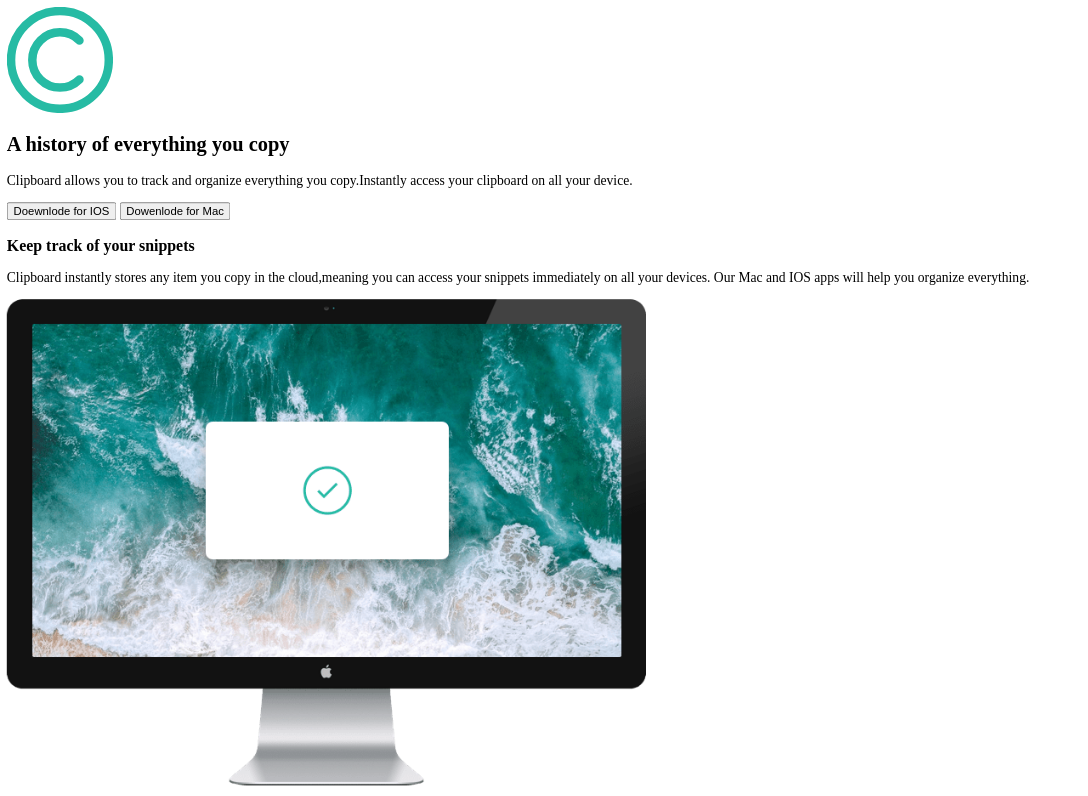
Repository: moataz305G/Clipboard-landing-page
Page: index.html
The author's editor kept a copy of each file at every save. The page is drawn from the files as they stood at one save, then again after the next save.
The browser window is 1280 px wide. The pictures show the whole page, at 85% of full size.

Above is the page before, as saved 2025-12-03 11:03:38.

### index.html
<!DOCTYPE html>
<html lang="en">
  <head>
    <meta charset="UTF-8" />
    <meta name="viewport" content="width=device-width, initial-scale=1.0" />

    <link
      rel="icon"
      type="image/png"
      sizes="32x32"
      href="./images/favicon-32x32.png"
    />
    <title>Clipboard landing page</title>
    <link rel="stylesheet" href="style.css" />
  </head>
  <body>
    <article class="container">
      <div class="page-1">
        <img class="logo" src="images/logo.svg" alt="Clipboard Logo" />
        <h2>A history of everything you copy</h2>
        <p>
          Clipboard allows you to track and organize everything you
          copy.Instantly access your clipboard on all your device.
        </p>
        <button class="IOS-button">Doewnlode for IOS</button>
        <button class="Mac-button">Dowenlode for Mac</button>

        <h3>Keep track of your snippets</h3>
        <p>
          Clipboard instantly stores any item you copy in the cloud,meaning you
          can access your snippets immediately on all your devices. Our Mac and
          IOS apps will help you organize everything.
        </p>

        <img
          class="image-computer"
          src="images/image-computer.png"
          alt="Fuatures "
        />
      </div>
    </article>

    <footer></footer>
  </body>
</html>

Loaded but not shown: style.css (no stored copy; drawn as an empty file)

After the next save:
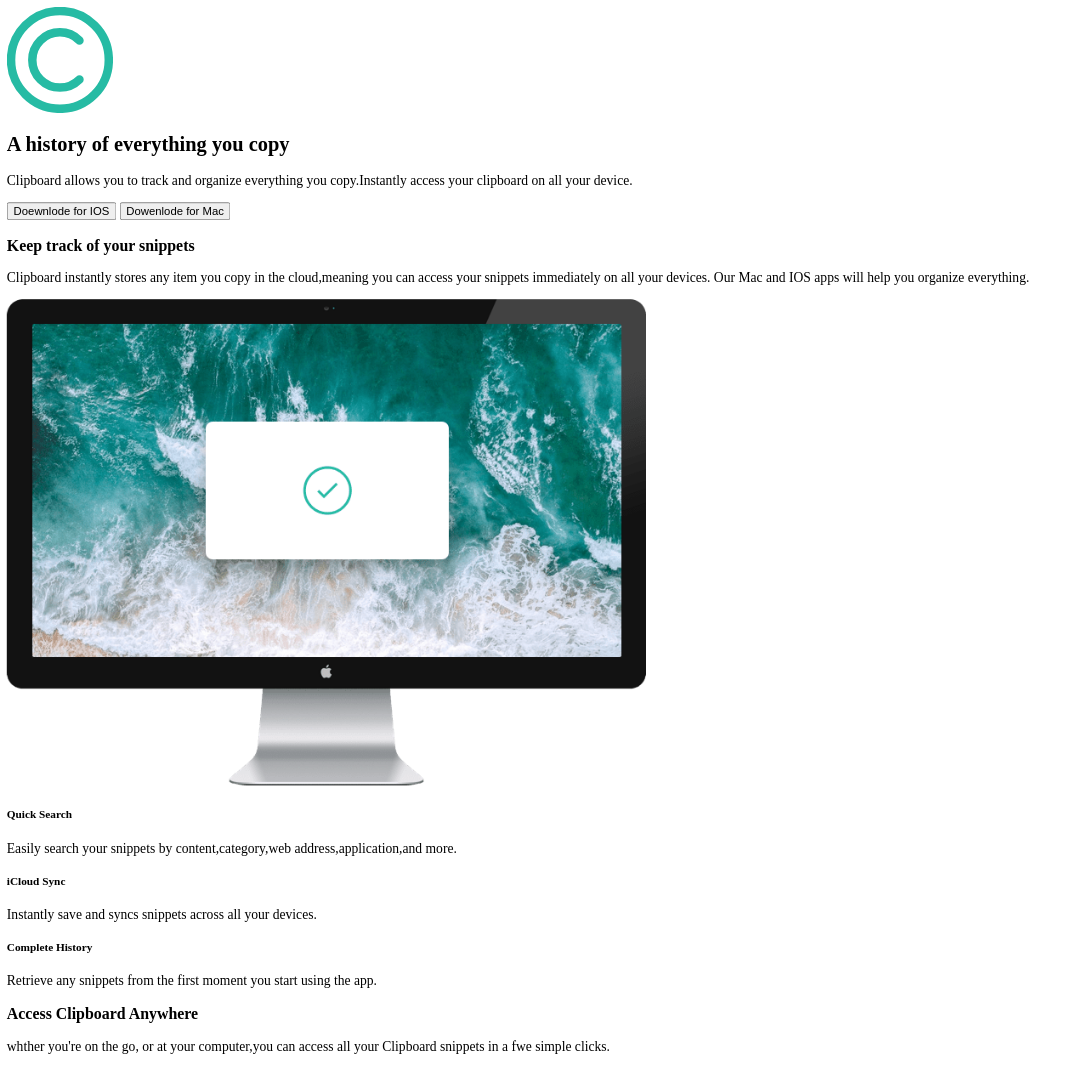
Saved 20 min 33 s later.
--- a/index.html
+++ b/index.html
@@ -37,6 +37,26 @@
           src="images/image-computer.png"
           alt="Fuatures "
         />
+        <h5>Quick Search</h5>
+        <p>
+          Easily search your snippets by content,category,web
+          address,application,and more.
+        </p>
+
+        <h5>iCloud Sync</h5>
+        <p>Instantly save and syncs snippets across all your devices.</p>
+
+        <h5>Complete History</h5>
+        <p>
+          Retrieve any snippets from the first moment you start using the app.
+        </p>
+
+        <h3>Access Clipboard Anywhere</h3>
+        <p>
+          whther you're on the go, or at your computer,you can access all your
+          Clipboard snippets in a fwe simple clicks.
+        </p>
+        <img class=""
       </div>
     </article>
 
